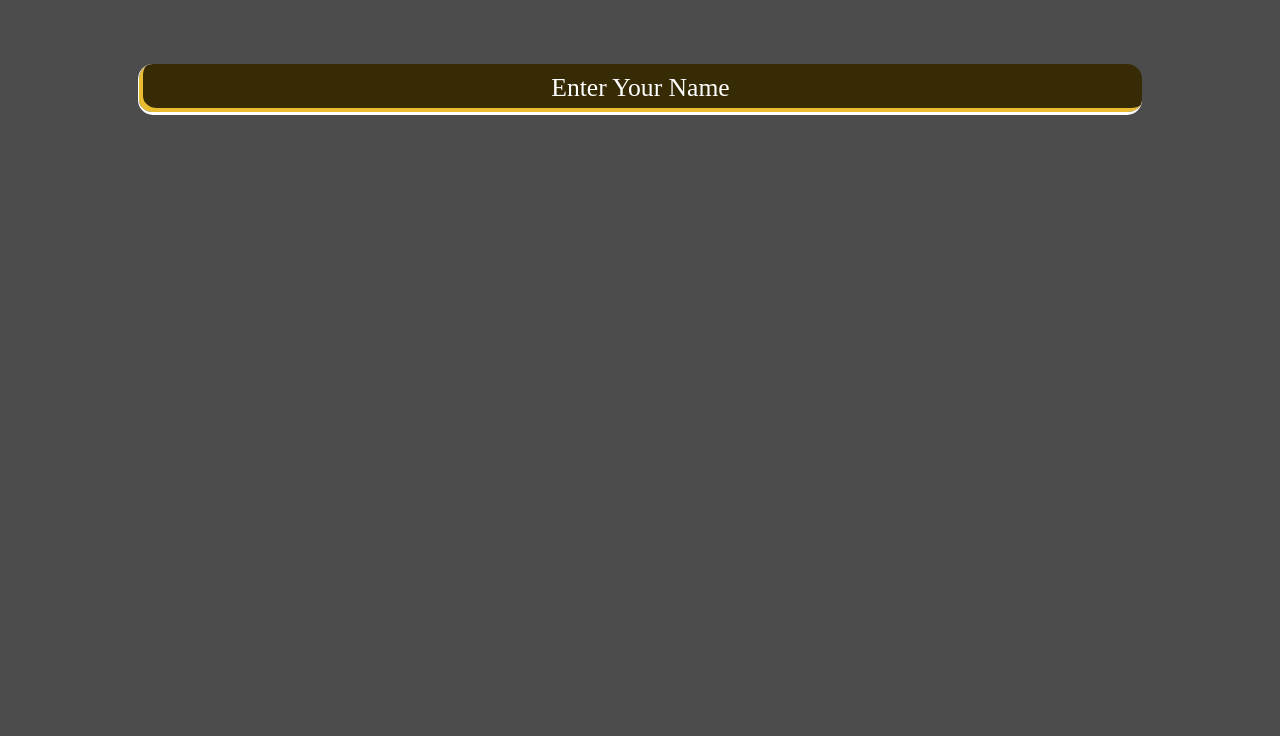
Repository: Haneef-Shaik/Greetings
Page: /
These files come from the project's save history. The page is drawn as it stood at one moment and after a run of saves; the edit follows.
The browser window is 1280 px wide. The pictures show the whole page.
The project was rebuilt for these pictures with package versions that can differ from the ones it lists, and the page was loaded fresh each time. The framework's server and built-in components were replaced by stand-ins that run in the browser. Also part of the build but not shown: next.config.js, styles/card.module.scss, components/card.js, styles/socialShare.module.scss, components/socialShare.js.

Above is the page before, as saved 2021-12-01 20:26:25.

### pages/_app.js
import '../styles/globals.css'
import 'bootstrap/dist/css/bootstrap.css'


function MyApp({ Component, pageProps }) {
  return <Component {...pageProps} />
}

export default MyApp

### pages/index.js
import Card from "../components/card.js";
import {useRouter} from 'next/router';
import Ss from "../components/socialShare"
import InpFrm from "../components/form"

export default function Home() {
  const {query} = useRouter();
  const myurls='https://gratefulprayerthankfulheart.com/wp-content/uploads/2014/12/aquawhitechristmastreegreeting.jpg';

  if(query.length > 0)
  {

    if(query.greeting)
    {
      return (
        <>
          <Card event={query.event} image={query.bgImg} name={query.name} greeting={query.greeting}  />
        </>
          )
    }
    else
    {
      return (
        <>
          <Card event={query.event} image={query.bgImg} name={query.name}  />
        </>
          )
    }

  }
  else
  {
    return (
        <>
          <InpFrm />
        </>
        )
  }
    // return (
    //   <>
        {/* <Card event='Event' image={myurls} name='Name' color='red' greeting="Lorem Ipsum is simply dummy text of the printing and typesetting industry. Lorem Ipsum has been thing software like Aldus PageMaker including versions of Lorem Ipsum."  /> */}
        {/* <Ss mylink="localhost:3000/name=haneef&event=christmas" /> */}
    {/*     <Ss mylink="localhost:3000/name=haneef&event=christmasW&sddsajnodsoduaibdadbksa" /> */}
    //   </>
    //     )

}

### components/form.js
/* eslint-disable no-undef */
import React, {useState,useRef} from 'react'

import 'bootstrap/dist/css/bootstrap.min.css';
import styles from '../styles/form.module.scss';
import IMAGE from 'next/image'


function Edit() {
    return (
        <div className="container-fluid p-2 "  style={{backgroundColor:'#4C4C4C'} }>
            <div className="container">
                <div className="row">
                    <div className="col-12">
                        <div className={styles.formContainer} >
                            <form>
                                <input type="text" placeholder="Enter Your Name" className="col-12 inpName" />
                            </form>
                        </div>
                    </div>
                </div>
            </div>
        </div>
    )
}


class InvitationCard extends React.Component{
    render(){
        return (

                <div className="body p-2" style={{backgroundColor: this.props.c,backgroundImage:`url(${this.props.im})`,backgroundSize:350,backgroundRepeat:'no-repeat'}} >
                    <h1 id="heading" style={{color: this.props.heading}}>{this.props.name}</h1>
                    <p style={{marginTop: "50px",color: this.props.content}}>{this.props.message}</p>
                    <p style={{color: this.props.content}} id="toWhom">{this.props.to}</p>
                </div>
        )
    }

}



export default Edit;

### styles/form.module.scss
.formContainer{
    padding:5%;
    height:100vh;
    background-color:#4C4C4C;
    // background: linear-gradient(#920000,#800000,#6D0000,#490000);
    input{
        text-align:center;
        font-family: 'Times New Roman', Times, serif;
        font-size:1.6rem;
        border:none;
        border-bottom: 3px solid #fff ;
        border-left: 1px solid #fff ;

        background-color:#372B06;
        border-radius:15px;
        box-shadow: inset 4px -4px 0px #EABC32;
        line-height:3rem;
        &::placeholder{
            color:#fff;
        }
    }
}

Loaded but not shown: pages/api/hello.js (common file); styles/globals.css (common file)

After the next 2 saves:
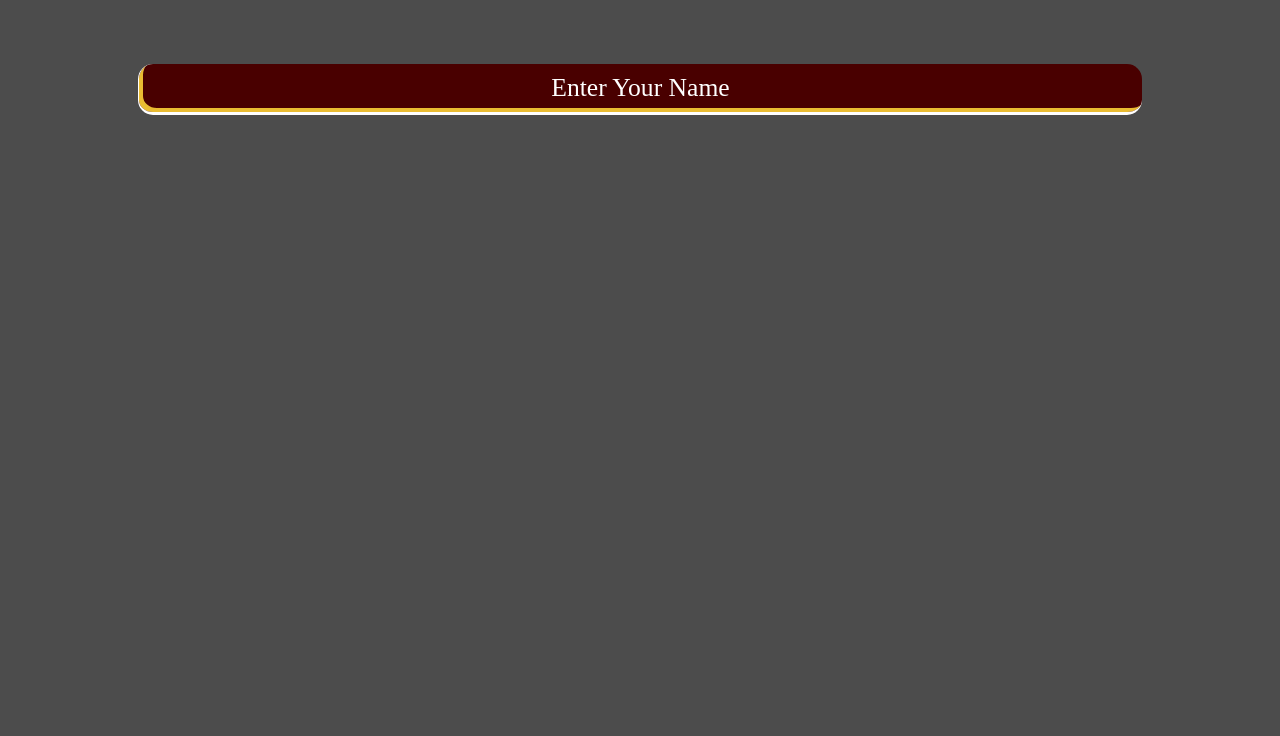
The 2 saves are shown as one change because 1 did not build or start.
The last was saved 36 s later.
--- a/styles/form.module.scss
+++ b/styles/form.module.scss
@@ -11,7 +11,7 @@
         border-bottom: 3px solid #fff ;
         border-left: 1px solid #fff ;
 
-        background-color:#372B06;
+        background-color:#490000;
         border-radius:15px;
         box-shadow: inset 4px -4px 0px #EABC32;
         line-height:3rem;
